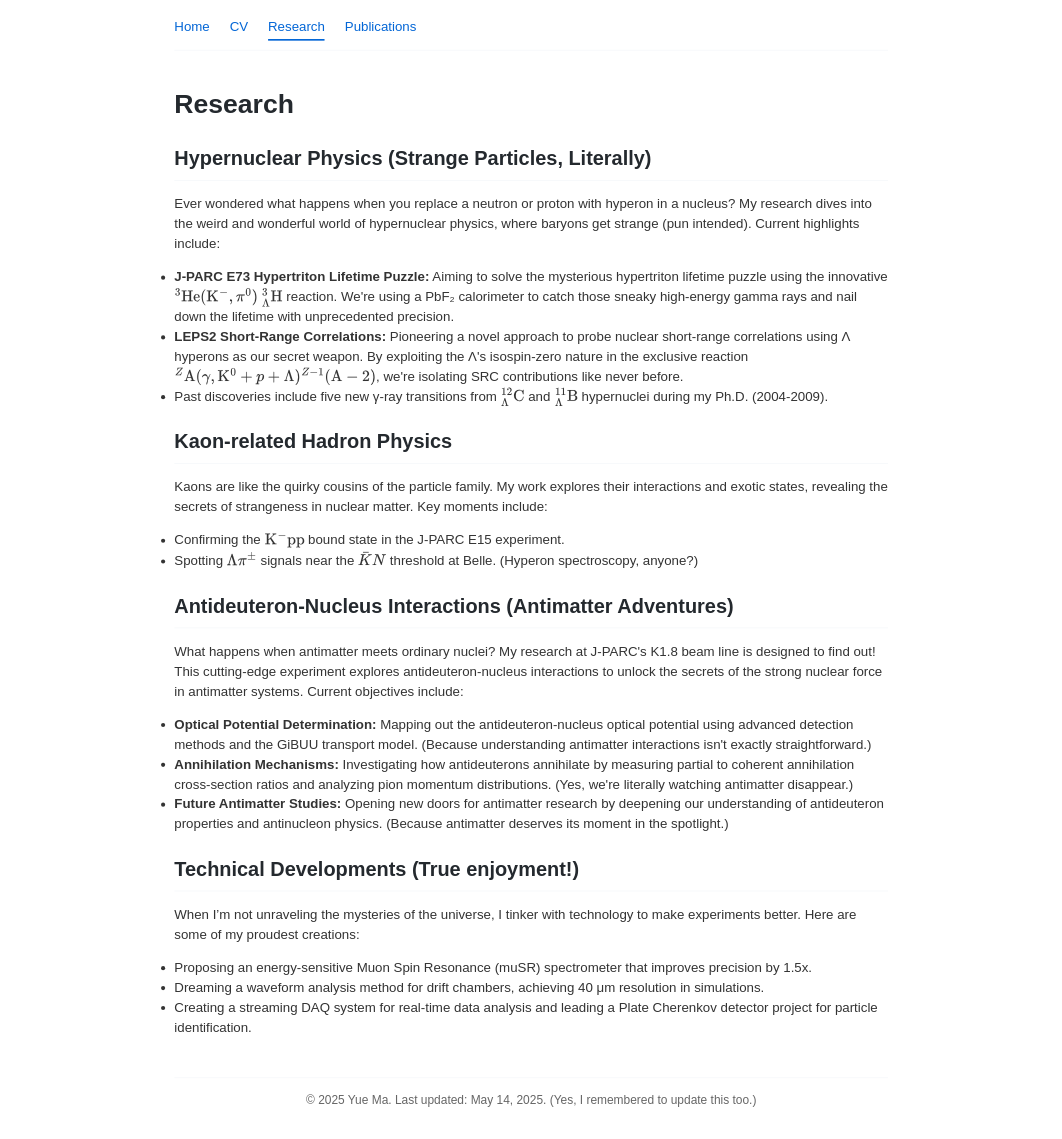
Repository: ymaphys/ymaphys.github.io
Page: research.html
These files come from the project's save history. The page is drawn as it stood at one moment and after a run of saves; the edit follows.
The browser window is 1280 px wide. The pictures show the whole page, at 83% of full size.

Above is the page before, as saved 2025-05-30 07:40:22.
Console error: TypeError: Cannot set properties of null (setting 'textContent')

### research.html
<!DOCTYPE html>
<html lang="en">
<head>
    <meta charset="UTF-8">
    <meta name="viewport" content="width=device-width, initial-scale=1.0">
    <title>Research - Yue Ma</title>
    <link rel="stylesheet" href="assets/css/style.css">

    <!-- MathJax Configuration -->
    <script>
      MathJax = {
        tex: {
          inlineMath: [['$', '$'], ['\\(', '\\)']],
          displayMath: [['$$', '$$'], ['\\[', '\\]']]
        },
        svg: {
          fontCache: 'global'
        }
      };
    </script>

    <!-- Load MathJax -->
    <script
      type="text/javascript"
      id="MathJax-script"
      async
      src="https://cdn.jsdelivr.net/npm/mathjax@3/es5/tex-svg.js">
    </script>
</head>
<body>
    <header>
        <nav>
            <ul>
                <li><a href="index.html">Home</a></li>
                <li><a href="cv.html">CV</a></li>
                <li><a href="research.html" class="active">Research</a></li>
                <li><a href="publications.html">Publications</a></li>
            </ul>
        </nav>
    </header>

    <main>
        <h1>Research</h1>

        <section id="hypernuclear-physics">
            <h2>Hypernuclear Physics (Strange Particles, Literally)</h2>
            <p>
                Ever wondered what happens when you replace a neutron or proton with hyperon
                in a nucleus?
                My research dives into the weird and wonderful world of hypernuclear physics,
                where baryons get strange (pun intended). Current highlights include:
            </p>
            <ul>
                <li>
                    <strong>J-PARC E73 Hypertriton Lifetime Puzzle:</strong> Aiming to solve the
                    mysterious hypertriton lifetime puzzle using the innovative
                    <span class="math inline">$^3\mathrm{He}(\mathrm{K}^-, \pi^0)$ $_\Lambda^3\mathrm{H}$</span>
                    reaction. We're using a PbF₂ calorimeter to catch those sneaky high-energy gamma rays
                    and nail down the lifetime with unprecedented precision.
                </li>
                <li>
                    <strong>LEPS2 Short-Range Correlations:</strong> Pioneering a novel approach to probe
                    nuclear short-range correlations using Λ hyperons as our secret weapon. By exploiting
                    the Λ's isospin-zero nature in the exclusive reaction
                    <span class="math inline">$^Z\mathrm{A}(\gamma, \mathrm{K}^0 + p + \Lambda)^{Z-1}(\mathrm{A}-2)$</span>,
                    we're isolating SRC contributions like never before.
                </li>
                <li>
                    Past discoveries include five new γ-ray transitions from
                    <span class="math inline">${}_{\Lambda}^{12}\mathrm{C}$</span> and
                    <span class="math inline">${}_{\Lambda}^{11}\mathrm{B}$</span> hypernuclei
                    during my Ph.D. (2004-2009).
                </li>
            </ul>
        </section>

        <section id="kaon-related-hadron-physics">
            <h2>Kaon-related Hadron Physics</h2>
            <p>
                Kaons are like the quirky cousins of the particle family. My work explores their
                interactions and exotic states, revealing the secrets of strangeness in nuclear
                matter. Key moments include:
            </p>
            <ul>
                <li>
                    Confirming the <span class="math inline">$\mathrm{K}^{-} \mathrm{pp}$</span>
                    bound state in the J-PARC E15 experiment.
                </li>
                <li>
                    Spotting <span class="math inline">$\Lambda \pi^{\pm}$</span> signals near the
                    <span class="math inline">$\bar{K}N$</span> threshold at Belle.
                    (Hyperon spectroscopy, anyone?)
                </li>
            </ul>
        </section>

        <section id="antideuteron-experiment">
            <h2>Antideuteron-Nucleus Interactions (Antimatter Adventures)</h2>
            <p>
                What happens when antimatter meets ordinary nuclei? My research at J-PARC's K1.8 beam line
                is designed to find out! This cutting-edge experiment explores antideuteron-nucleus interactions
                to unlock the secrets of the strong nuclear force in antimatter systems. Current objectives include:
            </p>
            <ul>
                <li>
                    <strong>Optical Potential Determination:</strong> Mapping out the antideuteron-nucleus
                    optical potential using advanced detection methods and the GiBUU transport model.
                    (Because understanding antimatter interactions isn't exactly straightforward.)
                </li>
                <li>
                    <strong>Annihilation Mechanisms:</strong> Investigating how antideuterons annihilate
                    by measuring partial to coherent annihilation cross-section ratios and analyzing
                    pion momentum distributions. (Yes, we're literally watching antimatter disappear.)
                </li>
                <li>
                    <strong>Future Antimatter Studies:</strong> Opening new doors for antimatter research
                    by deepening our understanding of antideuteron properties and antinucleon physics.
                    (Because antimatter deserves its moment in the spotlight.)
                </li>
            </ul>
        </section>

        <section id="technical-developments">
            <h2>Technical Developments (True enjoyment!)</h2>
            <p>
                When I’m not unraveling the mysteries of the universe, I tinker with technology
                to make experiments better. Here are some of my proudest creations:
            </p>
            <ul>
                <li>
                    Proposing an energy-sensitive Muon Spin Resonance (muSR) spectrometer that
                    improves precision by 1.5x.
                </li>
                <li>
                    Dreaming a waveform analysis method for drift chambers, achieving 40 μm
                    resolution in simulations.
                </li>
                <li>
                    Creating a streaming DAQ system for real-time data analysis and leading a
                    Plate Cherenkov detector project for particle identification.
                </li>
            </ul>
        </section>

    </main>

    <footer>
        <p>
            &copy; 2025 Yue Ma. Last updated: May 14, 2025.
            (Yes, I remembered to update this too.)
        </p>
    </footer>

    <script src="assets/js/script.js"></script>
</body>
</html>

### assets/css/style.css
/* Minimalist style based on test.html */
* {
    margin: 0;
    padding: 0;
    box-sizing: border-box;
}

body {
    font-family: Arial, sans-serif;
    max-width: 900px;
    margin: 0 auto;
    padding: 20px;
    color: #333;
    line-height: 1.5;
}

h1, h2, h3, h4, h5, h6 {
    color: #24292e;
    margin: 1.5rem 0 1rem;
}

h1 {
    font-size: 2rem;
    margin-top: 0;
}

h2 {
    font-size: 1.5rem;
    border-bottom: 1px solid #f6f8fa;
    padding-bottom: 0.5rem;
}

p {
    margin-bottom: 1rem;
}

a {
    color: #0366d6;
    text-decoration: none;
}

a:hover {
    text-decoration: underline;
}

/* Navigation */
nav {
    margin-bottom: 2.5rem;
    border-bottom: 1px solid #f6f8fa;
    padding-bottom: 1rem;
}

nav ul {
    display: flex;
    list-style: none;
    gap: 1.5rem;
}

nav a {
    padding: 0.5rem 0;
    font-weight: 500;
    position: relative;
}

nav a.active, nav a:hover {
    color: #0366d6;
}

nav a.active::after {
    content: '';
    position: absolute;
    bottom: -1px;
    left: 0;
    width: 100%;
    height: 2px;
    background-color: #0366d6;
}

/* Profile */
.profile {
    display: flex;
    gap: 2rem;
    margin-bottom: 2rem;
    align-items: center;
}

.profile-image img {
    width: 150px;
    height: 150px;
    border-radius: 4px;
    object-fit: cover;
}

/* Content blocks */
pre {
    background-color: #f6f8fa;
    padding: 16px;
    overflow: auto;
    border-radius: 3px;
    margin-bottom: 1.5rem;
}

code {
    background-color: #f6f8fa;
    padding: 0.2em 0.4em;
    margin: 0;
    font-size: 110%;
    border-radius: 3px;
}

pre code {
    padding: 0;
    border-radius: 0;
}

/* Publications */
.publication-list {
    list-style: none;
}

.publication-list li {
    margin-bottom: 1.5rem;
    padding-bottom: 1rem;
    border-bottom: 1px solid #f6f8fa;
}

.publication-title {
    font-weight: 600;
}

/* Footer */
footer {
    margin-top: 3rem;
    padding-top: 1rem;
    border-top: 1px solid #f6f8fa;
    text-align: center;
    font-size: 0.9rem;
    color: #666;
}

/* Responsive */
@media (max-width: 768px) {
    .profile {
        flex-direction: column;
    }

    nav ul {
        flex-wrap: wrap;
    }
}

### assets/js/script.js
// Set current year in footer
document.getElementById('year').textContent = new Date().getFullYear();

// You can add more functionality here as needed

After the next 2 saves:
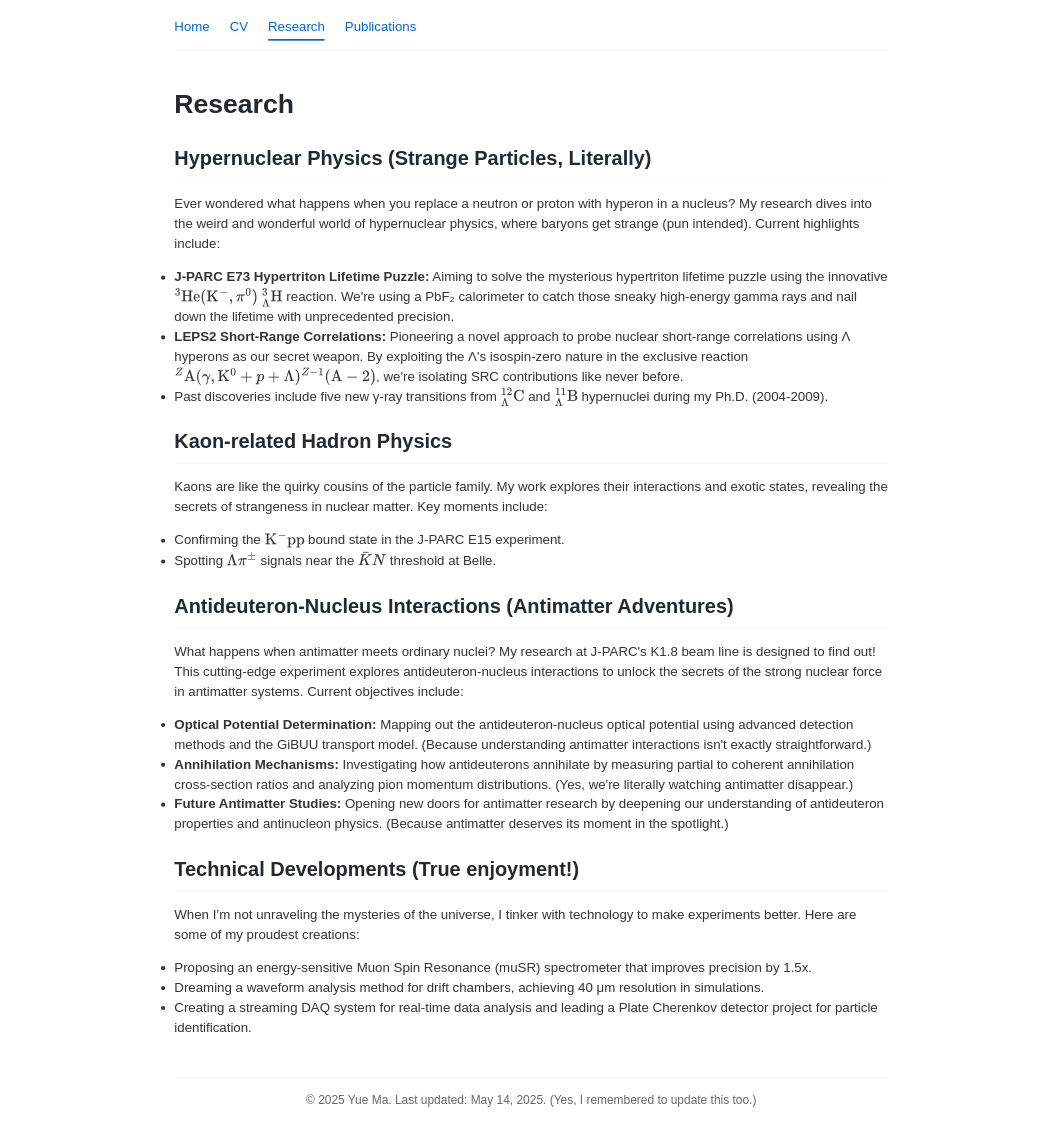
The 2 saves are shown as one change because they came seconds apart.
The last was saved 5 s later.
--- a/research.html
+++ b/research.html
@@ -89,7 +89,6 @@
                 <li>
                     Spotting <span class="math inline">$\Lambda \pi^{\pm}$</span> signals near the
                     <span class="math inline">$\bar{K}N$</span> threshold at Belle.
-                    (Hyperon spectroscopy, anyone?)
                 </li>
             </ul>
         </section>
